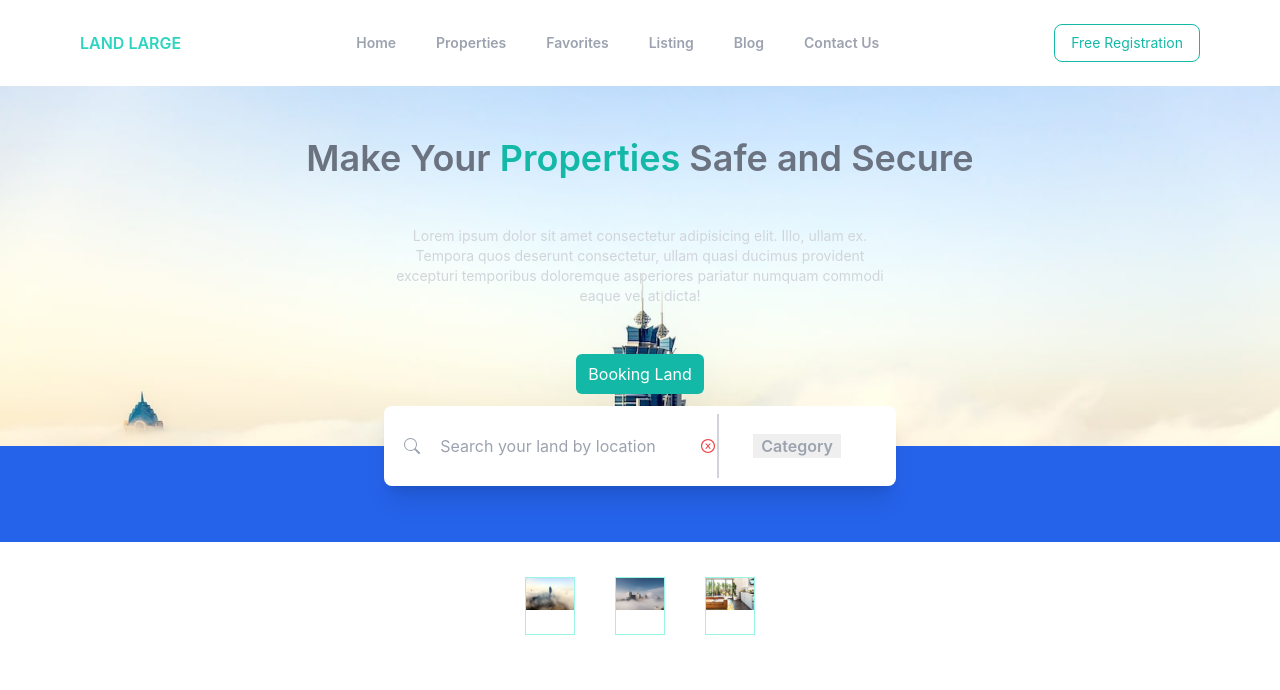
Repository: MuniruIssah/realestate
Page: /
An editor plug-in stored every save of this project. The page is shown before and after the next save, followed by the edit.
The browser window is 1280 px wide. The pictures show the whole page.
The project was rebuilt for these pictures with package versions that can differ from the ones it lists, and the page was loaded fresh each time. Also part of the build but not shown: src/App.css.

Above is the page before, as saved 2022-02-19 23:12:59.

After the next save:
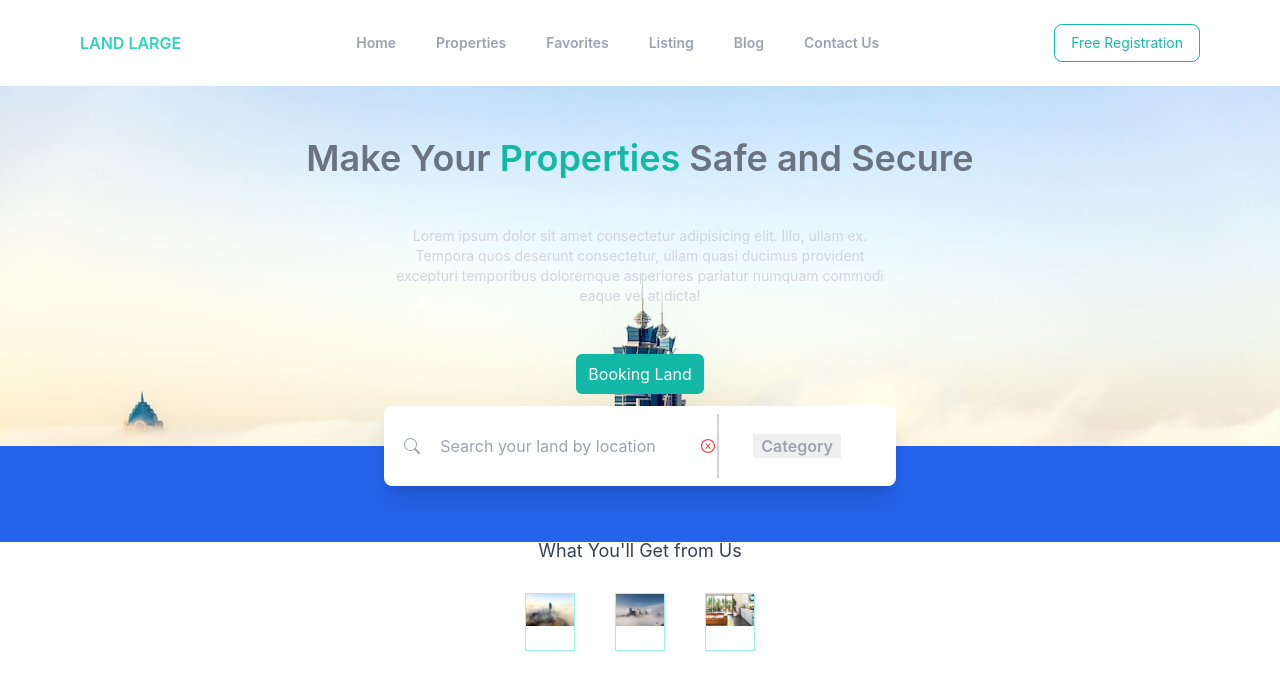
Saved 4 s later.
--- a/src/components/Services.js
+++ b/src/components/Services.js
@@ -19,7 +19,7 @@
 ];
 const Services = () => {
   return (
-    <div className="h-6 w-full flex flex-col justify-center items-center space-y-7 ">
+    <div className="h-6 w-full flex flex-col justify-center items-center space-y-7 mt-10">
       <h2 className="text-gray-700 text-lg">What You'll Get from Us</h2>
       <div className="md:flex md:space-x-10 justify-center items-center">
         {servicesList.map((service, index) => (

After the save that followed:
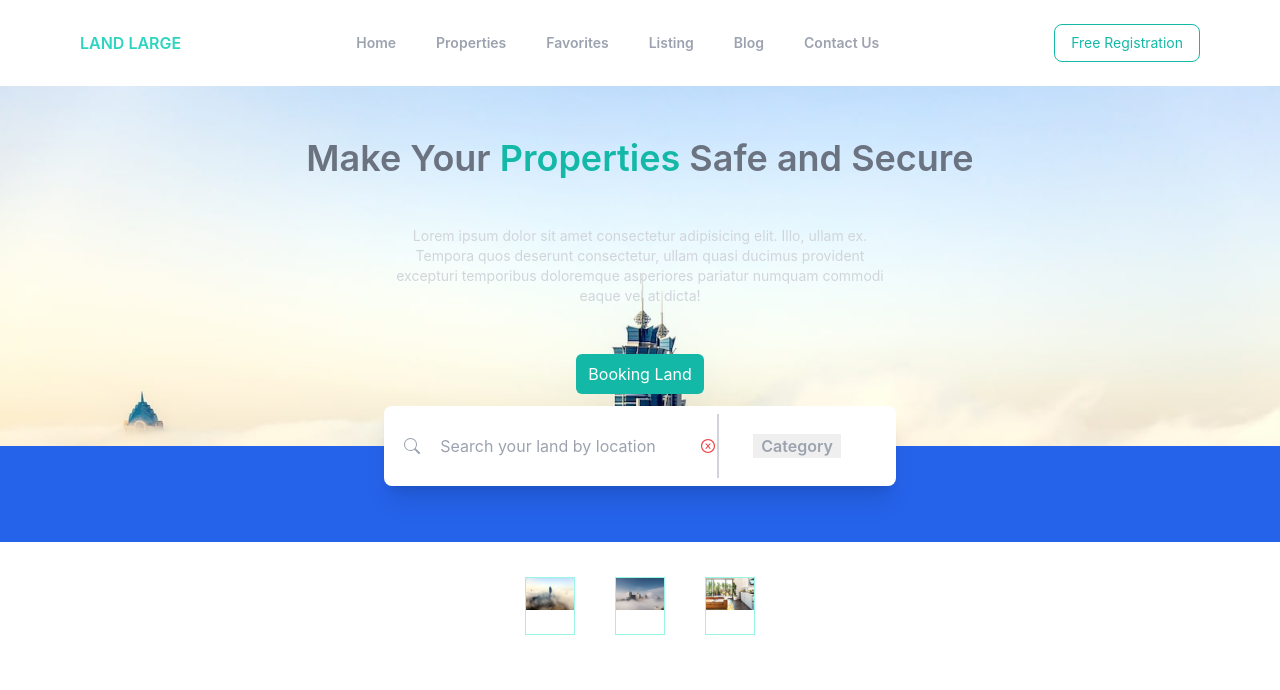
Saved 28 s later.
--- a/src/components/Services.js
+++ b/src/components/Services.js
@@ -19,7 +19,7 @@
 ];
 const Services = () => {
   return (
-    <div className="h-6 w-full flex flex-col justify-center items-center space-y-7 mt-10">
+    <div className="h-6 w-full flex flex-col justify-center items-center space-y-7 ">
       <h2 className="text-gray-700 text-lg">What You'll Get from Us</h2>
       <div className="md:flex md:space-x-10 justify-center items-center">
         {servicesList.map((service, index) => (
